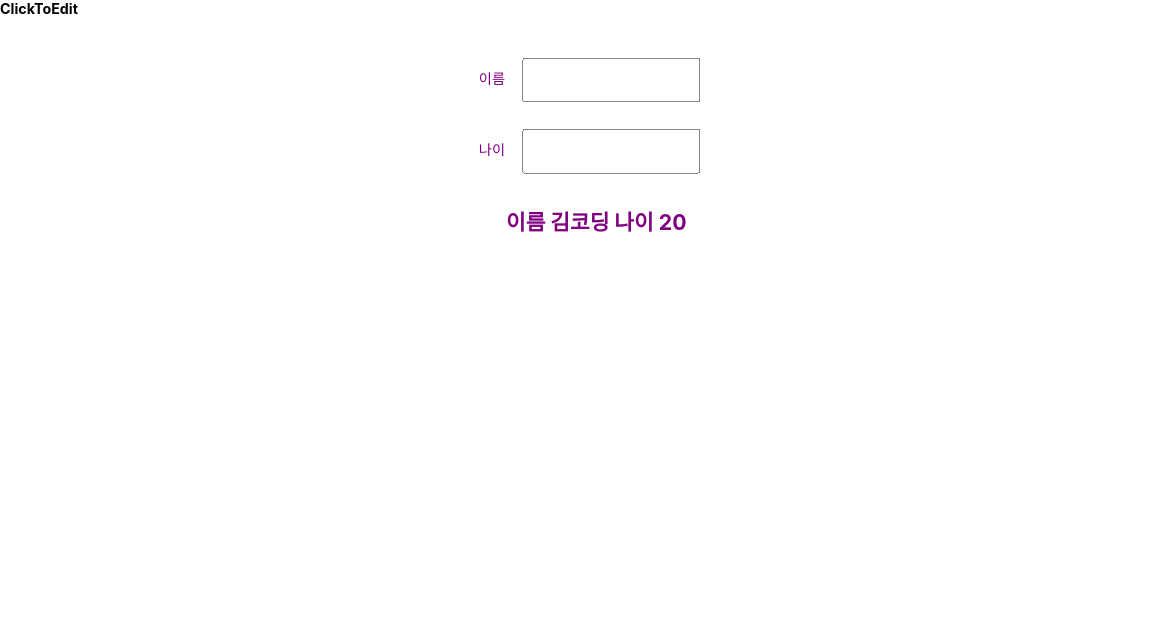
Repository: janghwahyun/wanted_pre_onboarding
Page: /Tab
An editor plug-in stored every save of this project. The page is shown before and after the next save, followed by the edit.
The browser window is 1280 px wide. The page is 1310 px wide, so the pictures cover 1310 px, including what lies to the right of the window. The pictures show the whole page, at 89% of full size.
The project was rebuilt for these pictures with package versions that can differ from the ones it lists, and the page was loaded fresh each time. Also part of the build but not shown: src/component/Tab.js, src/component/Tag.js, src/component/Toggle.js.

Above is the page before, as saved 2022-02-11 23:47:24.

### src/App.js
import ClickToEdit from './component/ClickToEdit';

import Modal from './component/Modal';
import Tab from './component/Tab';
import Tag from './component/Tag';
import Toggle from './component/Toggle';

import './App.css';
import { BrowserRouter, Routes, Route } from 'react-router-dom';

function App() {
  return (
    <>
      <div>
        <ClickToEdit />
      </div>
    </>
  );
}

export default App;

### src/component/ClickToEdit.js
import React, { useState } from 'react';
import styled from 'styled-components';

const ClickToEdit = () => {
  const [name, setName] = useState('김코딩');
  const [age, setAge] = useState('20');

  return (
    <>
      <strong>ClickToEdit</strong>
      <Form>
        <div>
          이름 <Input onChange={e => setName(e.target.value)} />
        </div>
        <div>
          나이 <Input onChange={e => setAge(e.target.value)} />
        </div>
        <h2>
          이름 {name} 나이 {age}
        </h2>
      </Form>
    </>
  );
};
const Form = styled.div`
  width: 100%;
  display: flex;
  justify-content: center;
  align-items: center;
  flex-direction: column;
  margin: 30px;
  color: purple;
`;

const Input = styled.input`
  width: 200px;
  height: 50px;
  margin: 15px;
`;

export default ClickToEdit;

### src/App.css
* {
  box-sizing: border-box;
}

.App {
  width: 100%;
  height: 100vh;
  display: flex;
  justify-content: center;
  align-items: center;
}

### src/component/Modal.js
import { useState } from 'react';
import styled from 'styled-components';

const Modal = props => {
  const { _onClick, width, height } = props;

  const [isOn, setIsOn] = useState(false);
  const openModalHandler = e => {
    setIsOn(!isOn);
  };

  const styles = {
    width: width,
    height: height,
  };
  return (
    <>
      <strong>Modal</strong>
      <ModalBox {...styles}>
        <ModalBtn {...styles} onClick={openModalHandler}>
          Open Modal
        </ModalBtn>

        {isOn ? (
          <ModalBackdrop {...styles} onClick={openModalHandler}>
            <ModalView onClick={_onClick}>
              <div className="close-btn" onClick={openModalHandler}>
                &times;
              </div>
              <div>HELLO CODESTATES!</div>
            </ModalView>
          </ModalBackdrop>
        ) : null}
      </ModalBox>
    </>
  );
};
const ModalBox = styled.div`
  margin: 30%;
  height: ${props => props.height};
  display: flex;
  justify-content: center;
  align-items: center;
`;

const ModalBackdrop = styled.div`
  position: fixed;
  display: flex;
  justify-content: center;
  align-items: center;
  width: ${props => props.width};
  height: ${props => props.height};
  z-index: 1;
  background-color: grey;
`;

const ModalBtn = styled.button`
  background-color: purple;
  font-weight: bold;
  border: none;
  padding: 20px;
  color: white;
  border-radius: 30px;

  cursor: pointer;
`;

const ModalView = styled.div`
  display: flex;
  flex-direction: column;
  justify-content: center;
  align-items: center;
  background-color: white;
  width: 20%;
  height: 10%;
  border-radius: 1rem;
  position: relative;
  font-weight: bold;
  color: purple;

  > .close-btn {
    position: absolute;
    justify-content: center;
    align-items: center;
    margin-bottom: 50px;
    cursor: pointer;
  }
`;

Modal.defaultProps = {
  width: '100%',
  height: '100%',
  _onClick: e => {
    e.stopPropagation();
  },
};
export default Modal;

Loaded but not shown: public/index.html (common file); src/index.js (common file); src/index.css (common file); src/reportWebVitals.js (common file)

After the next save:
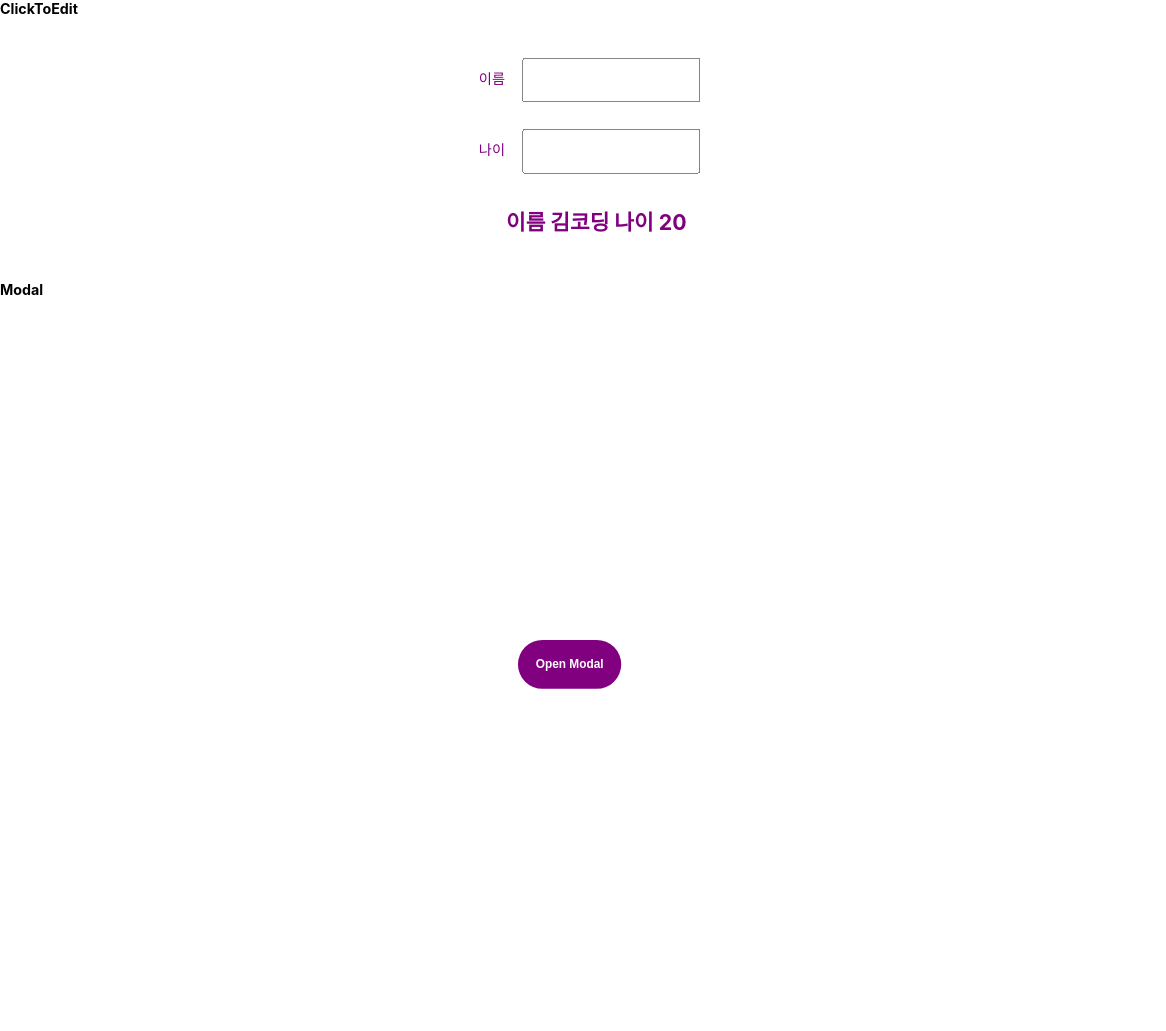
Saved 13 s later.
--- a/src/App.js
+++ b/src/App.js
@@ -13,6 +13,7 @@ function App() {
     <>
       <div>
         <ClickToEdit />
+        <Modal />
       </div>
     </>
   );
